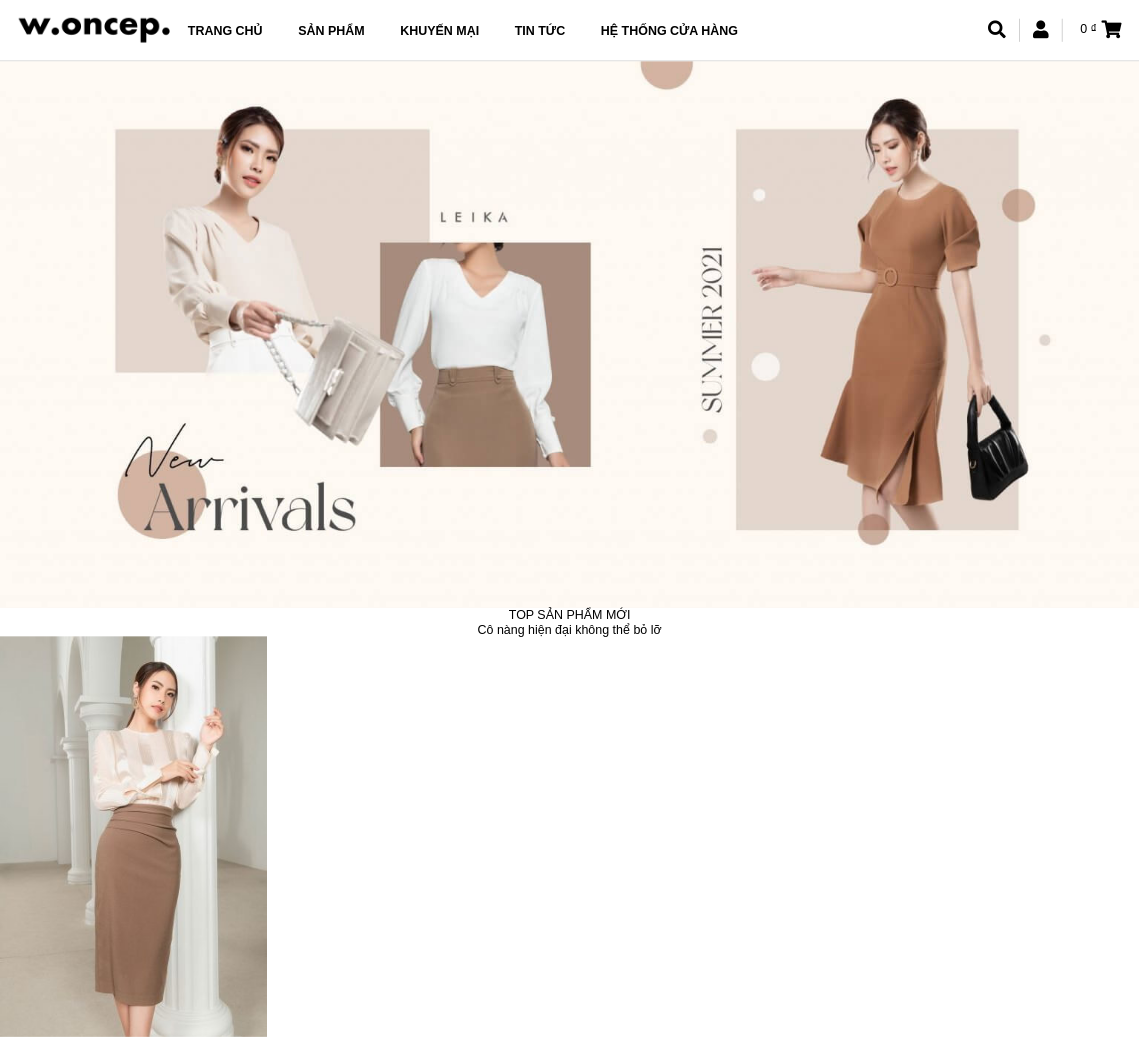
Repository: Nguyenductuan-dev/bt_j2team
Page: index.html
The author's editor kept a copy of each file at every save. The page is drawn from the files as they stood at one save, then again after the next save.
The browser window is 1280 px wide. The pictures show the whole page, at 89% of full size.

Above is the page before, as saved 2021-12-12 01:38:23.

After the next save:
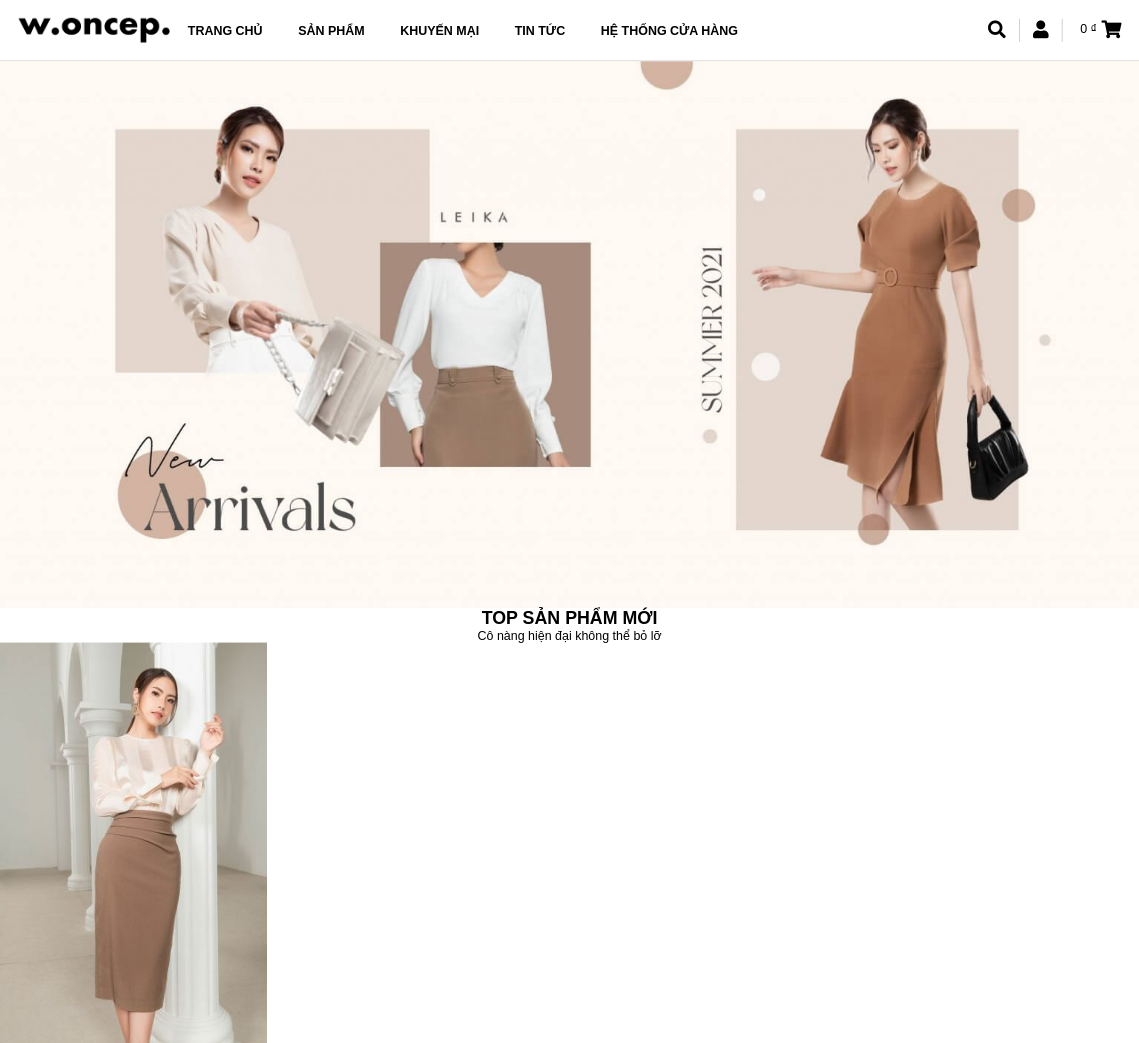
Saved 87 s later.
--- a/css/style.css
+++ b/css/style.css
@@ -89,3 +89,12 @@
 .home__product-heading {
     text-align: center;
 }
+.home__product-heading-title {
+    font-size: 20px;
+    font-weight: 600;
+    text-transform: uppercase;
+}
+
+.home__product-heading-description {
+
+}
